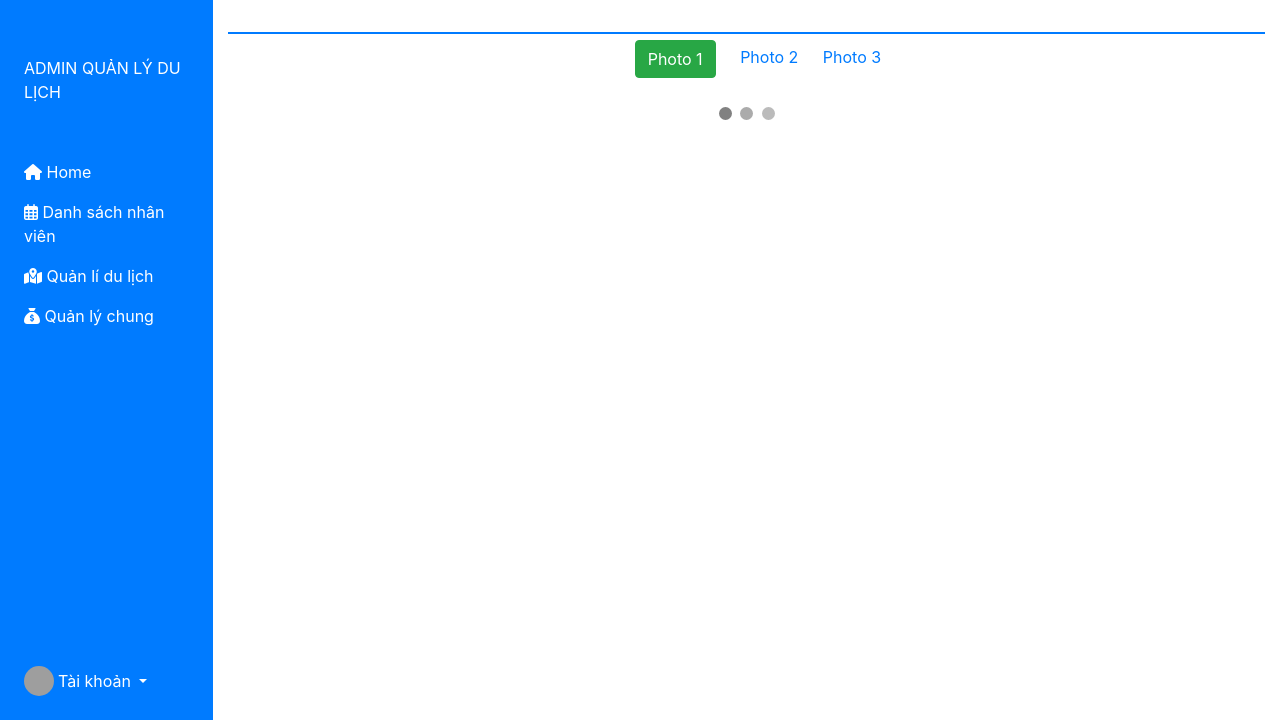
Repository: vantohuu/BOOKINGTOUR
Page: http://localhost/BOOKINGTOUR/WEB-INF/views/home/homeshow.jsp
These files come from the project's save history. The page is drawn as it stood at one moment and after the next save; the edit follows.
The browser window is 1280 px wide. The pictures show the whole page.
Pictures or frames that could not be fetched are drawn as grey boxes. Some web libraries are served in a nearby version. The page is served by Tomcat 9. Nobody is signed in. The template is opened directly, without the code that normally fills it, so the values that code supplies are empty.

Above is the page before, as saved 2023-06-04 08:29:15.

After the next save:
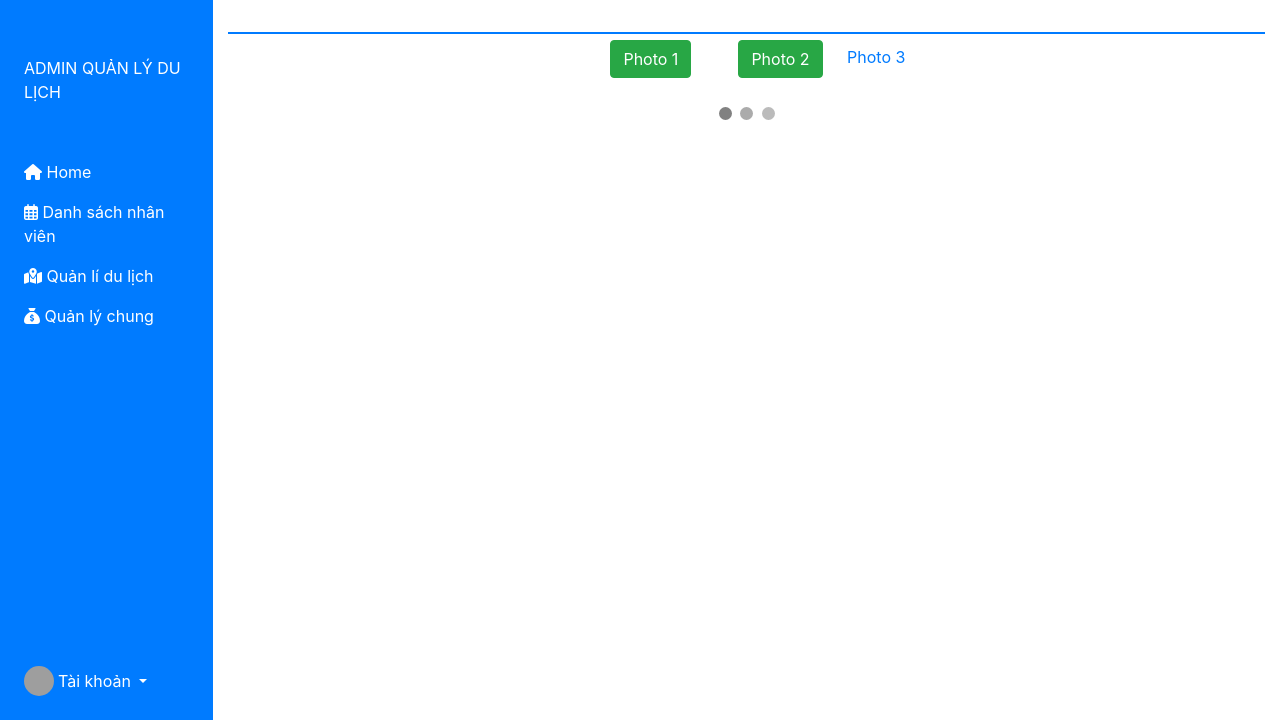
Saved 65 s later.
--- a/BOOKINGTOUR/src/main/webapp/WEB-INF/views/home/homeshow.jsp
+++ b/BOOKINGTOUR/src/main/webapp/WEB-INF/views/home/homeshow.jsp
@@ -142,7 +142,12 @@
 
 		<p style="
     display: inline;margin: 10px;
-"><a href="#" class="link-success link-offset-2 link-underline-opacity-25 link-underline-opacity-100-hover">Photo 2</a></p>
+"><a href="#submenu2" style="display: inline;"
+										data-bs-toggle="collapse"
+										class="nav-link text-white px-0 align-middle "> <i
+											class="fa-solid fa-map-location-dot"></i>
+											<button class="btn btn-success">Photo 2</button>
+									</a></p>
 		<p style="
     display: inline;margin: 10px;
 "><a href="#" class="link-success link-offset-2 link-underline-opacity-25 link-underline-opacity-100-hover">Photo 3</a></p>
